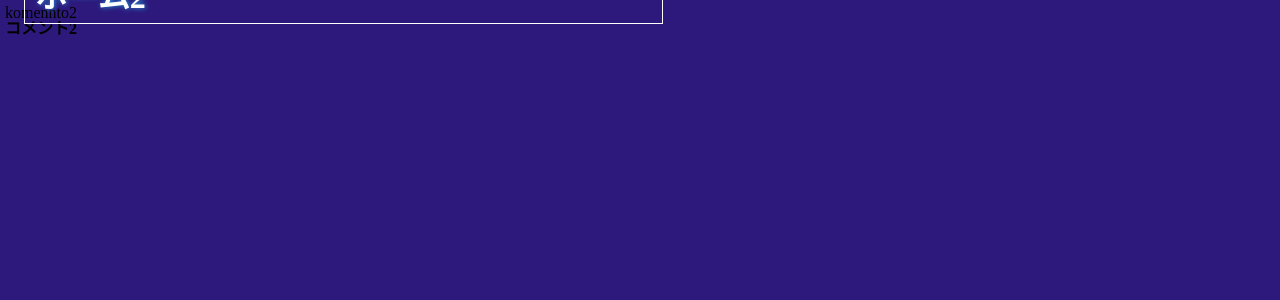
Repository: azuma2/tui2b
Page: http://localhost/come
An editor plug-in stored every save of this project. The page is shown before and after the next save, followed by the edit.
The browser window is 1280 px wide. The pictures show the whole page.
The page is served by the project's Laravel application, run on PHP 8.4 with Laravel 8. Other server files are loaded and not shown. Queries for data that is not in the repository find no rows.

Above is the page before, as saved 2022-03-29 02:27:32.

### routes/web.php
<?php

use Illuminate\Support\Facades\Route;
use App\Http\Controllers\Tui2Controller;

Route::get('/', [Tui2Controller::class, 'index']);
Route::post('/tui2/create', [Tui2Controller::class, 'create']);
Route::post('/tui2/update', [Tui2Controller::class, 'update']);
Route::post('/tui2/delete', [Tui2Controller::class, 'remove']);
Route::post('/', [Tui2Controller::class, 'post']);

Route::get('/comment', [Tui2Controller::class, 'index2'])->name('tui2.index2');
Route::get('/comment', [Tui2Controller::class, 'index3']);


Route::get('/come', [Tui2Controller::class, 'index4'])->name('tui2.index4');
Route::get('/come', [Tui2Controller::class, 'index5']);

Route::get('/reply/like/{id}', [RepliesController::class, 'like'])->name('reply.like');
Route::get('/reply/unlike/{id}', [RepliesController::class, 'unlike'])->name('reply.unlike');

### app/Http/Controllers/Tui2Controller.php
<?php

namespace App\Http\Controllers;

use App\Models\Tui2;
use Illuminate\Http\Request;
use Illuminate\Support\Facades\DB;

class Tui2Controller extends Controller
{
    public function index()
    {
        $items = Tui2::all();
        $items = DB::select('select * from tui2s');



        return view('index', ['items' => $items]);
    }

    public function create(Request $request)
    {
        $param = [
            'name' => $request->name,
            'content' => $request->content,


                ];
        $this->validate($request, Tui2::$rules);

        DB::insert('insert into tui2s (name,content) values (:name,:content)', $param);
        return redirect('/');
    }

    public function update(Request $request)
    {
         $param = [
            'id' => $request->id,
            'name' => $request->name,
            'content' => $request->content,

        ];
        $this->validate($request, Tui2::$rules);
        DB::update('update tui2s set name =:name, content =:content where id =:id', $param);
        return redirect('/');
    }

    public function remove(Request $request)
    {
        $param = ['id' => $request->id];
        DB::delete('delete from tui2s where id =:id', $param);
        return redirect('/');
    }




    public function index2()
    {
        //表示させたいviewを指定させる
        return view('comment', ['items' => $items]);
    }

        public function index3()
    {
        $items = Tui2::all();
        $items = DB::select('select * from tui2s');

        return view('comment', ['items' => $items]);
    }

    public function index4()
    {
        //表示させたいviewを指定させる
        return view('come', ['items' => $items]);
    }
    public function index5()
    {
        $items = Tui2::all();
        $items = DB::select('select * from tui2s');

        return view('come', ['items' => $items]);
    }



}

### app/Models/Tui2.php
<?php

namespace App\Models;

use App\Models\Tui2;
use Illuminate\Database\Eloquent\Factories\HasFactory;
use Illuminate\Database\Eloquent\Model;

class Tui2 extends Model

{
        use HasFactory;

    protected $fillable = ['content'];

    public static $rules = array(
        'content' => 'required|max:20',
    );






}

### resources/views/come.blade.php

<!DOCTYPE html>
<html lang="ja">
<head>
    <meta charset="UTF-8">
    <meta http-equiv="X-UA-Compatible" content="IE=edge">
    <meta name="viewport" content="width=device-width, initial-scale=1.0">
    <link rel="stylesheet" href="{{ asset('\resources\views\layouts\reset.css') }}" >
    <title>コメント画面</title>
    <style>
    body {
      font-size:16px;
      margin: 5px;
      background-color: #2d197c;
    }


        td {
      padding: 5px 10px;
      text-align: center;


    }


    tr{
      border: solid;border-color: #fff;
      border-width: 1px;
    }



    table{
    border-collapse: collapse;
    }

    .kakomi{
      border: solid;
    }

    .icon{
        height: 25px;
      width: 25px;
}

    .narabe{
      display:flex;
        flex-flow: column;
    }

    .button {
    background-image:url(/../img/cross.png);
    background-size: 25px;
       height: 25px;
      width: 25px;
    cursor: pointer;
    transition: 0.4s;
    outline: none;
    border: none;
    background-color: transparent;
}


    .card {
    width: 50vw;
    padding: 10px;
    position: absolute;
    top: -40px;
    left: 1%;

    border-radius: 10px;

}
    h1 {
      font-size:32px;
      color:white;
      text-shadow:1px 0 5px #289ADC;
      margin-left: 1px;


    }

    .title{
          border: solid;border-color: #fff;
          border-width: 1px;
          padding: 10px;

    }
    .content {
      margin:10px;
    }

    .bgazou{
      background-image: url(img/detail.png);
    }

    p{

color: #fff;

    }

    .comment{
      text-align: left;
    }
    .name{
font-size:28px;
     display: inline;
    }



    </style>
  </head>
  <body>
  <div class="container">
    <div class="card">
      <h1 class="title">ホーム2</h1>
            <div class="tui2">
              @if ($errors->has('content'))
                  <tr>
                    <th>ERROR</th>
                  <td>
                  {{$errors->first('content')}}
                </td>
            </tr>
          @endif




          <div class="narabe">
        <table>
            @csrf


                    <tr>
            @foreach ($items as $item)
            <td>

<p class="comment">{{$item->name}}</p>
            </td>

<div></div>

            <form action="/tui2/update" method="post">
              @csrf

              <td>
                <p class="name"></p>
                <img class="icon" src="/../img/heart.png">
              </td>
                          <td>
                            </form>
              <form action="/tui2/delete" method="post" >
                    @csrf
                <input  type="hidden" name="id" value="{{$item->id}}" >
                <input class="button" type="submit" value="" >
              </form>
            </td>
            <td>
              <a href="{{ url('index') }}"><img class="icon" src="/../img/feather.png"></a>
            </td>
              <td>

                <p class="comment">{{$item->content}}</p>
              </td>



          </tr>
          @endforeach





                  </table>
</div>
      </div>
    </div>
  </div>
  <div>komennto2 </div>
  </div>

                <h3 class="title3">コメント2</h3>

</body>
</html>

### resources/views/layouts/reset.css
/*
html5doctor.com Reset Stylesheet
v1.6.1
Last Updated: 2010-09-17
Todo: Richard Clark - http://richclarkdesign.com
Twitter: @rich_clark
*/

html, body, div, span, object, iframe,
h1, h2, h3, h4, h5, h6, p, blockquote, pre,
abbr, address, cite, code,
del, dfn, em, img, ins, kbd, q, samp,
small, strong, sub, sup, var,
b, i,
dl, dt, dd, ol, ul, li,
fieldset, form, label, legend,
table, caption, tbody, tfoot, thead, tr, th, td,
article, aside, canvas, details, figcaption, figure,
footer, header, hgroup, menu, nav, section, summary,
time, mark, audio, video {
    margin:0;
    padding:0;
    border:0;
    outline:0;
    font-size:100%;
    vertical-align:baseline;
    background:transparent;
}

body {
    line-height:1;
}

article,aside,details,figcaption,figure,
footer,header,hgroup,menu,nav,section {
    display:block;
}

nav ul {
    list-style:none;
}

blockquote, q {
    quotes:none;
}

blockquote:before, blockquote:after,
q:before, q:after {
    content:'';
    content:none;
}

a {
    margin:0;
    padding:0;
    font-size:100%;
    vertical-align:baseline;
    background:transparent;
}

/* change colours to suit your needs */
ins {
    background-color:#ff9;
    color:#000;
    text-decoration:none;
}

/* change colours to suit your needs */
mark {
    background-color:#ff9;
    color:#000;
    font-style:italic;
    font-weight:bold;
}

del {
    text-decoration: line-through;
}

abbr[title], dfn[title] {
    border-bottom:1px dotted;
    cursor:help;
}

table {
    border-collapse:collapse;
    border-spacing:0;
}

/* change border colour to suit your needs */
hr {
    display:block;
    height:1px;
    border:0;
    border-top:1px solid #cccccc;
    margin:1em 0;
    padding:0;
}

input, select {
    vertical-align:middle;
}

Loaded but not shown: app/Http/Controllers/Controller.php (common file)

After the next save:
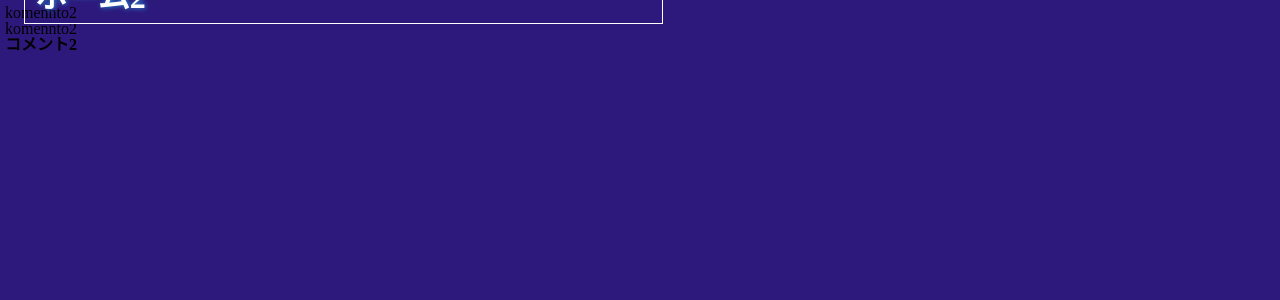
Saved 14 s later.
--- a/resources/views/come.blade.php
+++ b/resources/views/come.blade.php
@@ -179,6 +179,7 @@ font-size:28px;
 </div>
       </div>
     </div>
+    <div>komennto2 </div>
   </div>
   <div>komennto2 </div>
   </div>
